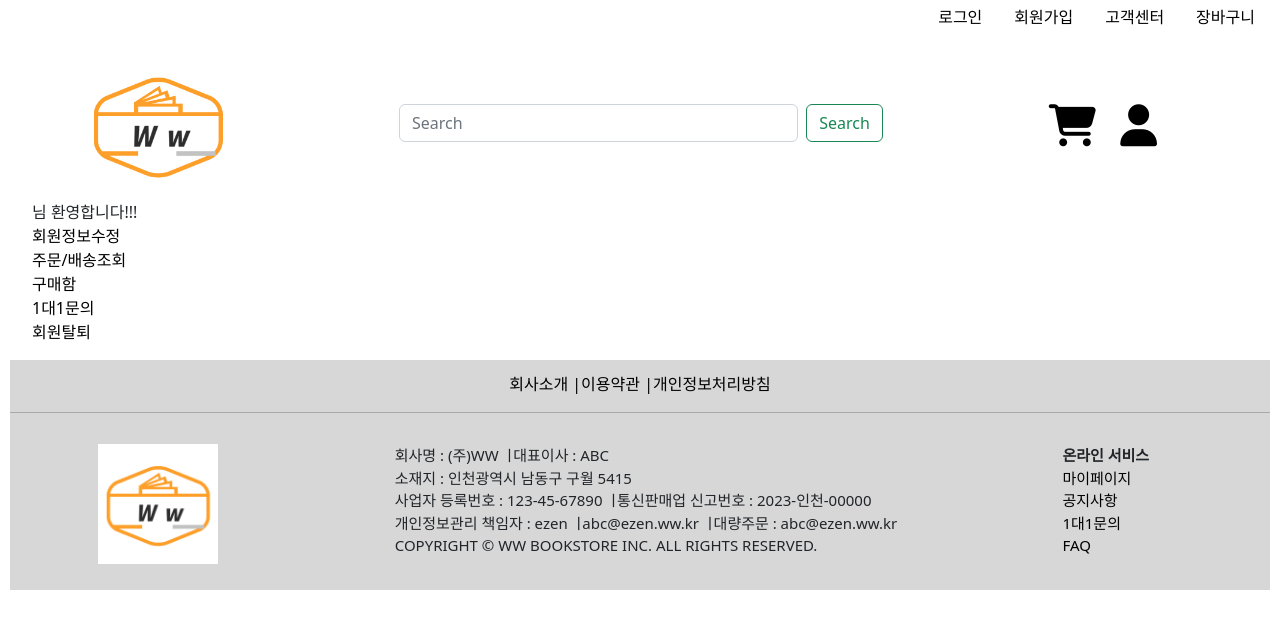
Repository: leehyeonung/project6
Page: http://localhost/book/WEB-INF/views/member/mypage.jsp
These files come from the project's save history. The page is drawn as it stood at one moment and after the next save; the edit follows.
The browser window is 1280 px wide. The pictures show the whole page.
Some web libraries are served in a nearby version. The page is served by Tomcat 9. Nobody is signed in. Other server files are loaded and not shown. The template is opened directly, without the code that normally fills it, so the values that code supplies are empty.

Above is the page before, as saved 2023-01-06 01:27:26.

### book/src/main/webapp/WEB-INF/views/member/mypage.jsp
<%@ page language="java" contentType="text/html; charset=UTF-8"
    pageEncoding="UTF-8"%>
<!DOCTYPE html>
<html>
<head>
<meta charset="UTF-8">
<title>Insert title here</title>
</head>
<body>
<jsp:include page="../layout/header.jsp"></jsp:include>
<div class="main">
<ul>
	${ses.mem_id}님 환영합니다!!!
	<li><a href="/mem/modify">회원정보수정</a></li>
	<li><a href="/mem/orderCheck?mem_num=${ses.mem_num}">주문/배송조회</a></li>
	<li><a href="/mem/buyCheck?mem_num=${ses.mem_num}">구매함</a></li>
	<li><a href="/board/list">1대1문의</a></li>
	<li><a href="/mem/delete">회원탈퇴</a></li>
</ul>
</div>
<jsp:include page="../layout/footer.jsp"></jsp:include>
</body>
</html>

### book/src/main/webapp/WEB-INF/views/layout/header.jsp
<%@ page language="java" contentType="text/html; charset=UTF-8"
    pageEncoding="UTF-8"%>
<%@ taglib uri="http://java.sun.com/jsp/jstl/core" prefix="c"%>
<!-- CSS only -->
<link href="https://cdn.jsdelivr.net/npm/bootstrap@5.2.2/dist/css/bootstrap.min.css"
rel="stylesheet" integrity="sha384-Zenh87qX5JnK2Jl0vWa8Ck2rdkQ2Bzep5IDxbcnCeuOxjzrPF/et3URy9Bv1WTRi"
crossorigin="anonymous">
 <link rel="stylesheet" type="text/css" href="/resources/css/header.css">
<!DOCTYPE html>
<html>
<head>
<script src="https://kit.fontawesome.com/92e616dfba.js" crossorigin="anonymous"></script>
<meta charset="UTF-8">
<title>Insert title here</title>
<style>
</style>
</head>
<body>

<div class="header">
    <div class="menu">
        <c:if test="${ses.mem_id ==null}">
        <ul><a href="/mem/loginPage">로그인</a></ul>
        <ul><a href="/mem/joinPage">회원가입</a></ul>
        </c:if>
        <c:if test="${ses.mem_id == 'admin' }">
        <ul><a href="/mem/logOut">로그아웃</a></ul>
        <ul><a href="/mem/adminpage">관리인페이지</a></ul>
        </c:if>
        <c:if test="${ses.mem_id !=null && ses.mem_id !='admin' }">
        <ul><a href="/mem/logOut">로그아웃</a></ul>
        <ul><a href="/mem/mypage">마이페이지</a></ul>
        </c:if>
        <ul><a href="#">고객센터</a></ul>
        <ul><a href="#">장바구니</a></ul>
    </div>
    <div class="bar">
       <div class="logo">
         <a href="/"><img src="/resources/image/logo.jpg" alt="로고"></a>
       </div>
         <div class="searchBar">
            <form class="d-flex" role="search">
                 <input class="form-control me-2" type="search" placeholder="Search" aria-label="Search">
                 <button class="btn btn-outline-success" type="submit">Search</button>
              </form>
         </div>
       <div class="icons">
         <a href=""><i class="fa-solid fa-cart-shopping"></i></a>
            <a href=""><i class="fa-solid fa-user"></i></a>
       </div>
    </div>
</div>
</body>
</html>

### book/src/main/webapp/WEB-INF/views/layout/footer.jsp
<%@ page language="java" contentType="text/html; charset=UTF-8"
   pageEncoding="UTF-8"%>
<link rel="stylesheet" type="text/css" href="/resources/css/footer.css">
<!DOCTYPE html>
<html>
<head>
<meta charset="UTF-8">
<title>Insert title here</title>

</head>

<body>
   <div class="footer">
      <div class="footer-top">
         <ul>
            <li><a href="">회사소개 | </a></li>
            <li><a href="">이용약관 | </a></li>
            <li><a href="">개인정보처리방침</a></li>
         </ul>
      </div>
      <hr>
      <div class="address">
         <div class="footer-logo">
            <img src="/resources/image/logo.jpg" alt="로고">
         </div>
         <div class="address-box">
            <ul>
               <li>회사명 : (주)WW <span style="margin-right: -7px;">ㅣ</span>
                  대표이사 : ABC
               </li>

               <li>소재지 : 인천광역시 남동구 구월 5415</li>
               <li>사업자 등록번호 : 123-45-67890 <span style="margin-right: -7px;">ㅣ</span>
                  통신판매업 신고번호 : 2023-인천-00000
               </li>

               <li>개인정보관리 책임자 : ezen <span style="margin-right: -7px;">ㅣ</span>
                  abc@ezen.ww.kr <span style="margin-right: -7px;">ㅣ</span> 대량주문 :
                  abc@ezen.ww.kr
               </li>

               <li>COPYRIGHT © WW BOOKSTORE INC. ALL RIGHTS RESERVED.</li>

            </ul>

         </div>
         <div class="online-serviceBar">
            <strong>온라인 서비스</strong>
            <ul>
               <li><a href="">마이페이지</a></li>
               <li><a href="">공지사항</a></li>
               <li><a href="">1대1문의</a></li>
               <li><a href="">FAQ</a></li>
            </ul>
         </div>
      </div>
   </div>

</body>
</html>

### book/src/main/webapp/resources/css/header.css
@charset "UTF-8";
*{
	margin: 0px;
	padding: 0px;
}
.header{
    width: 1260px;
    height: 200px;
   /*  background-color: pink; */
}
.menu{
   display: flex;
   justify-content: flex-end;
   padding:5px;

}
.logo{
    width: 150px;
    height: 150px;
    background-color: blue;
}
.logo>a>img{
    width: 150px;
    height: 150px;
}
.searchBar{
   /* position:absolute; */
    width: 484px;
    height: 42px;
    /* background-color: gold; */
    margin-top:54px;
    border-radius: 30px;

}
.bar{

   height: 150px;
   display: flex;
   flex-direction: row;
   flex-wrap:nowrap;
   justify-content:space-around;
/*    align-items: baseline; */


}
i{
    font-size: 42px;
    color: black;
    margin-top:54px;
    margin-right: 20px;
}

### book/src/main/webapp/resources/css/footer.css
@charset "UTF-8";
.footer {
   width: 1260px;
   height: 230px;
   background-color: rgba(175, 175, 175, 0.5);
   margin: 0 auto;
}

.footer-logo {

   width: 120px;
   height: 120px;
   background-color: beige;
}
.footer-logo>img{
   width: 120px;
   height: 120px;
}

.address-box {
   text-align: left;
   padding: 0;
   margin: 0;
}

.address {
   padding: 15px;
   height: 150px;
   display: flex;
   font-size: 15px;
   /* align-items: baseline; */
   flex-direction: row;
   flex-wrap: nowrap;
   justify-content: space-around;
}

ul {
   list-style: none;
}

.footer, .address li {

}

.footer-top {
   text-align: center;
   padding-top: 12px;
}

.footer-top>ul {
   margin: 0;
   padding: 0;
   display: flex;
   justify-content: center;
}

.footer-top>li {
   margin: 0;
   padding: 0;
}

a {
   text-decoration-line: none;
   color: black;
}

a:visited {
   text-decoration: none;
}

a:hover {
   text-decoration: none;
}

a:focus {
   text-decoration: none;
}

a:hover, a:active {
   text-decoration: none;
}

.online-serviceBar {
   padding: 0px;
   margin-left: 20px;
   width: 120px;
   height: 120px;
}

.online-serviceBar>ul {
   margin: 0px;
   padding: 0px;
}

After the next save:
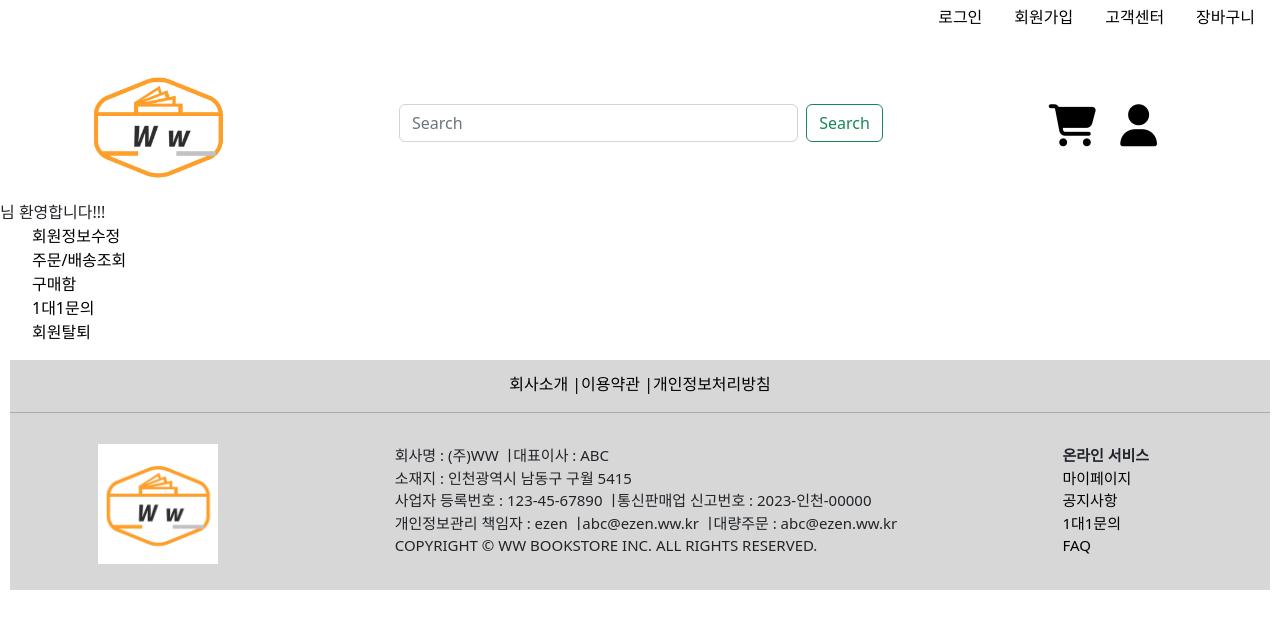
Saved 5 s later.
--- a/book/src/main/webapp/WEB-INF/views/member/mypage.jsp
+++ b/book/src/main/webapp/WEB-INF/views/member/mypage.jsp
@@ -9,8 +9,8 @@
 <body>
 <jsp:include page="../layout/header.jsp"></jsp:include>
 <div class="main">
+	${ses.mem_id}님 환영합니다!!!
 <ul>
-	${ses.mem_id}님 환영합니다!!!
 	<li><a href="/mem/modify">회원정보수정</a></li>
 	<li><a href="/mem/orderCheck?mem_num=${ses.mem_num}">주문/배송조회</a></li>
 	<li><a href="/mem/buyCheck?mem_num=${ses.mem_num}">구매함</a></li>
